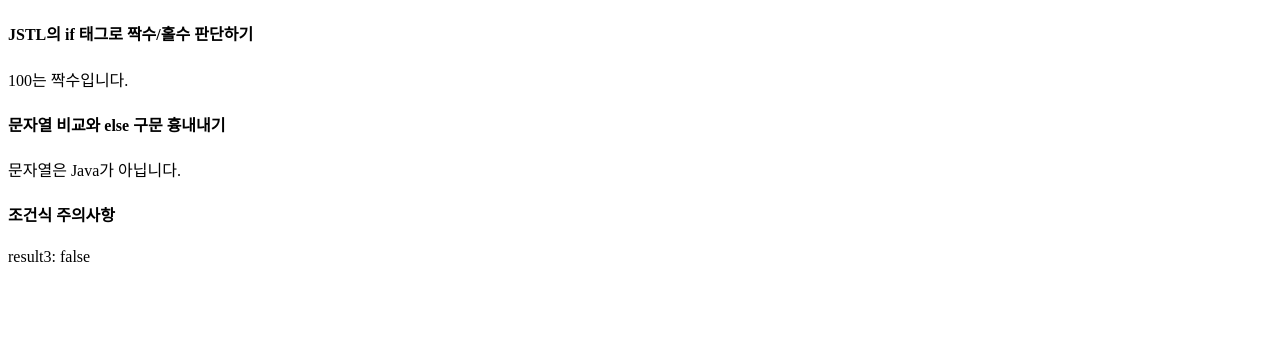
Repository: Motibidu/JSP_Servlet
Page: http://localhost/MushHaveJsp/11JSTL/core/If.jsp
An editor plug-in stored every save of this project. The page is shown before and after the next save, followed by the edit.
The browser window is 1280 px wide. The pictures show the whole page.
The page is served by Tomcat 10. Other server files are loaded and not shown.

Above is the page before, as saved 2025-05-13 01:06:44.

### MushHaveJsp/src/main/webapp/11JSTL/core/If.jsp
<%@ page language="java" contentType="text/html; charset=UTF-8" pageEncoding="UTF-8"%>
<%@ taglib prefix= "c" uri="jakarta.tags.core" %>
<!DOCTYPE html>
<html>
<head>
<meta charset="UTF-8">
<title>Insert title here</title>
</head>
<body>
	<c:set var="number" value="100" />
	<c:set var="string" value="JSP" />

	<h4>JSTL의 if 태그로 짝수/홀수 판단하기</h4>
	<c:if test="${ number mod 2 eq 0 }" var="result">
		${ number }는 짝수입니다.<br/>
	</c:if>


	<h4>문자열 비교와 else 구문 흉내내기</h4>
	<c:if test= "${ string eq 'Java'}" var= "result2">
		문자열은 Java입니다. <br/>
	</c:if>
	<c:if test= "${ not result2 }">
		문자열은 Java가 아닙니다. <br/>
	</c:if>

	<h4>조건식 주의사항</h4>
	<c:if test= "100" var= "result3">
		EL이 아닌 정수를 지정하면 false
	</c:if>
	result3: ${ result3 }<br/>
</body>
</html>

After the next save:
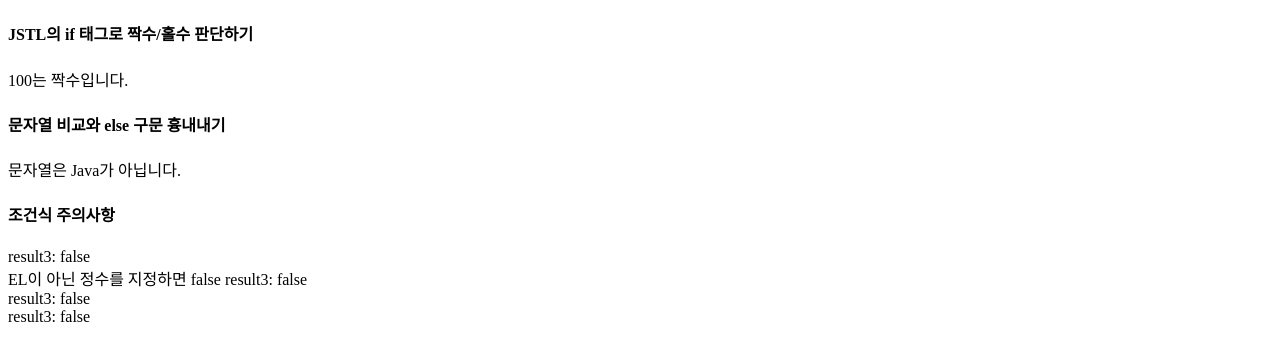
Saved 17 s later.
--- a/MushHaveJsp/src/main/webapp/11JSTL/core/If.jsp
+++ b/MushHaveJsp/src/main/webapp/11JSTL/core/If.jsp
@@ -29,5 +29,17 @@
 		EL이 아닌 정수를 지정하면 false
 	</c:if>
 	result3: ${ result3 }<br/>
+	<c:if test= "tRuE" var= "result4">
+		EL이 아닌 정수를 지정하면 false
+	</c:if>
+	result3: ${ result3 }<br/>
+	<c:if test= "100" var= "result3">
+		EL이 아닌 정수를 지정하면 false
+	</c:if>
+	result3: ${ result3 }<br/>
+	<c:if test= "100" var= "result3">
+		EL이 아닌 정수를 지정하면 false
+	</c:if>
+	result3: ${ result3 }<br/>
 </body>
 </html>
